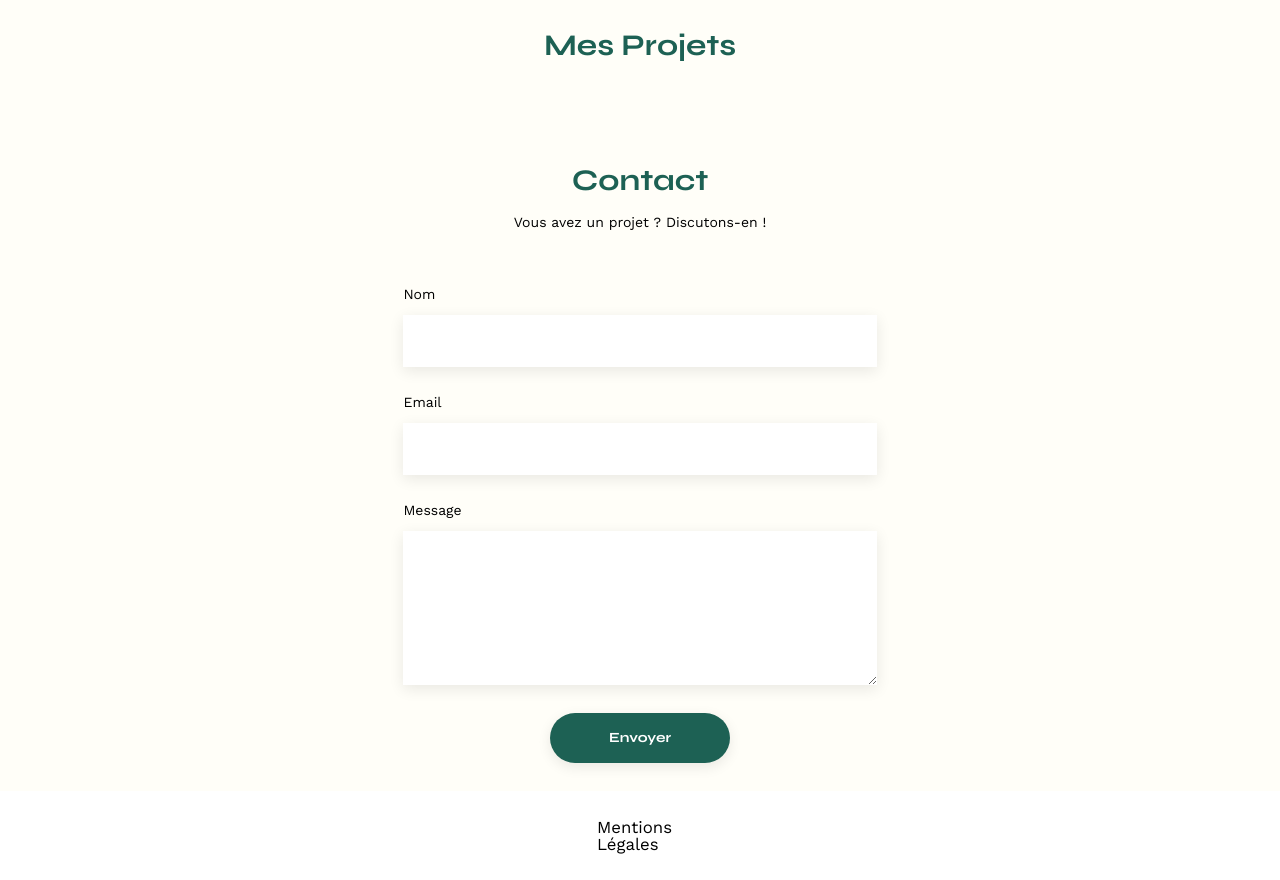
Repository: moopits/p6
Page: FrontEnd/index.html
An editor plug-in stored every save of this project. The page is shown before and after the next save, followed by the edit.
The browser window is 1280 px wide. The pictures show the part of the page from y = 486 to 1366 px (the page is 1366 px tall).
A picture or video elsewhere on the page could not be fetched, so the positions and the page height are approximate. The page's requests for data from a server got no answer.

Above is the page before, as saved 2024-02-16 04:22:26.

### FrontEnd/index.html
<!DOCTYPE html>

<html lang="fr">

<head>
	<meta charset="UTF-8">
	<title>Sophie Bluel - Architecte d'intérieur - Index</title>
	<meta name="viewport" content="width=device-width, initial-scale=1.0">
	<link rel="preconnect" href="https://fonts.googleapis.com">
	<link rel="preconnect" href="https://fonts.gstatic.com" crossorigin>
	<link href="https://fonts.googleapis.com/css2?family=Syne:wght@700;800&family=Work+Sans&display=swap"
		rel="stylesheet">
	<link rel="icon" type="image/png" href="./assets/icons/instagram.png">
	<link rel="stylesheet" href="https://cdnjs.cloudflare.com/ajax/libs/font-awesome/6.5.1/css/all.min.css"
		integrity="sha512-DTOQO9RWCH3ppGqcWaEA1BIZOC6xxalwEsw9c2QQeAIftl+Vegovlnee1c9QX4TctnWMn13TZye+giMm8e2LwA=="
		crossorigin="anonymous" referrerpolicy="no-referrer">
	<meta name="description" content="">
	<link rel="stylesheet" href="./assets/style.css">
</head>

<body>
	<div id="index_html_bkg">
		<div class="setBlackAdmin showOn">
			<span class="fontSize16"><i class="fa-regular fa-pen-to-square"></i>Mode édition</span>
		</div>
		<div id='index_html_bkg_site'>

			<header class="setHeader">
				<div class="setTitleNav">
					<h1>Sophie Bluel <span>Architecte d'intérieur</span></h1>
					<nav>
						<ul>
							<li><a href="#portfolio">projets</a></li>
							<li><a href="#contact">contact</a></li>
							<li><a id="loginA" class="clic_l_logOut" href="./html/loginAdmin.html"
									target="_self">login</a></li>
							<li><img id="iconSize" src="./assets/icons/instagram.png" alt="Instagram"></li>
						</ul>
					</nav>
				</div>
			</header>
			<main id="mainCenter">
				<!--SECTION introduction/presentation-->
				<section id="introduction">
					<figure>
						<img src="./assets/images/sophie-bluel.png" alt="">
					</figure>
					<article>
						<h2>Designer d'espace</h2>
						<p>Je raconte votre histoire, je valorise vos idées. Je vous accompagne de la conception à la
							livraison
							finale du chantier.</p>
						<p>Chaque projet sera étudié en commun, de façon à mettre en valeur les volumes, les matières et
							les
							couleurs dans le respect de l’esprit des lieux et le choix adapté des matériaux. Le suivi du
							chantier sera assuré dans le souci du détail, le respect du planning et du budget.</p>
						<p>En cas de besoin, une équipe pluridisciplinaire peut-être constituée : architecte DPLG,
							décorateur(trice)</p>
					</article>
				</section>
				<!--SECTION affichage button & gallery-->
				<section id="portfolio">
					<div class="containerProjets">
						<h2>Mes Projets</h2>
						<span class="showOn">
							<i class="fa-regular fa-pen-to-square"></i>
							<button id="clic_b_modifier" class="decoButton fontSize14">modifier</button>
						</span>
					</div>
					<!--affichage button-->
					<div class="containerButtons">
					</div>
					<!--affichage gallery-->
					<div class="gallery showFigCaption">
					</div>
				</section>
				<!--SECTION FORMULAIRE CONTACT-->
				<section id="contact">
					<h2>Contact</h2>
					<p>Vous avez un projet ? Discutons-en !</p>
					<form action="#" method="">
						<label for="name">Nom</label>
						<input type="text" name="name" id="name" autocomplete="off">
						<label for="email">Email</label>
						<input type="email" name="email" id="email" autocomplete="off">
						<label for="message">Message</label>
						<textarea name="message" id="message" cols="30" rows="10"></textarea>
						<input type="submit" value="Envoyer">
					</form>
				</section>
				<!--FENETRE MODAL-->
				<dialog id="modal" class="modal">
					<div class="modal-main">
						<button id="modal-btn-arrow"><i class="fa-solid fa-arrow-left styleArw"></i></button>
						<!-- display NONE-->
						<button id="modal-btn-close"><i class="fa-solid fa-xmark sizeCls "></i></button>
						<h2>Galerie photo</h2> <!-- DOM modif-->
						<section id="modal-body">
							<div id="modal-section-div-1" class="gallery">
							</div>
							<div id="modal-section-div-2">
								<form id="sendWorkForm" class="style-form">
									<div class="modal-style-2">
										<i id="icon-img" class="fa-regular fa-image icon-img-size"></i>
										<label id="label-input-file" class="styleFontShape2" for="file-upload">+ Ajouter
											photo</label>
										<input id="file-upload" type="file">
										<img id="preview" alt="file uploaded">
										<span class="textSpanBtnGrey">jpg, png : 4mo max</span>
									</div>
									<label for="title">Titre</label>
									<input type="text" id="title" placeholder="Titre">
									<label for="select-option">Catégories</label>
									<select id="select-option">
									</select>
									<hr>
									<input id="modal-btn-valider" class="styleFontShape" type="submit" value="Valider">
								</form>
							</div>
							<!-- fin de formulaire modal 2-->
							<div id="display-btn-hr" class="display-btn-hr">
								<hr>
								<button id="modal-btn-ajouter" class="styleFontShape">Ajouter une photo</button>
							</div>
						</section>
					</div>
				</dialog>
				<!--FENETRE MODAL DELETE OUI/NON CONFIRME-->
				<dialog id="modalDialogBkgGrey">
					<div id="modalDialogBkgGrey_realModal">
						<h1 id="styleH1Dialog">Confirmer Suppression</h1>
						<div class="styleDivDialog">
							<button id="oui" class="styleButtDialog">oui</button>
							<button id="non" class="styleButtDialog non">non</button>
						</div>
					</div>
				</dialog>

				<!--<section id="modal2-form" class="modal2-form-display">
					<form id="sendWorkForm" action="http://localhost:5678/api/categories" method="post">
						<label for="name">Titre</label>
						<input type="text" name="nom" placeholder="Nnom du fichier">
						<select name="choix">
							<option value="1">choix 1</option>
							<option value="2">Choix 2</option>
							<option value="3">Choix 3</option>
						</select>
						<input type="submit" value="Valider">
					</form>
				</section>-->

			</main>
		</div>
	</div>

	<footer id="footerCenter">
		<nav class="footer-nav">
			<ul>
				<li>Mentions Légales</li>
			</ul>
		</nav>
	</footer>
	<script type="module" src="./js/index.js"></script>

</body>

</html>

### FrontEnd/assets/style.css
/* http://meyerweb.com/eric/tools/css/reset/
   v2.0 | 20110126
   License: none (public domain)
*/

html,
body,
div,
span,
applet,
object,
iframe,
h1,
h2,
h3,
h4,
h5,
h6,
p,
blockquote,
pre,
a,
abbr,
acronym,
address,
big,
cite,
code,
del,
dfn,
em,
img,
ins,
kbd,
q,
s,
samp,
small,
strike,
strong,
sub,
sup,
tt,
var,
b,
u,
i,
center,
dl,
dt,
dd,
ol,
ul,
li,
fieldset,
form,
label,
legend,
table,
caption,
tbody,
tfoot,
thead,
tr,
th,
td,
article,
aside,
canvas,
details,
embed,
figure,
figcaption,
footer,
header,
hgroup,
menu,
nav,
output,
ruby,
section,
summary,
time,
mark,
audio,
video {
	margin: 0;
	padding: 0;
	border: 0;
	font-size: 100%;
	font: inherit;
	vertical-align: baseline;
}

/* HTML5 display-role reset for older browsers */
article,
aside,
details,
figcaption,
figure,
footer,
header,
hgroup,
menu,
nav,
section {
	display: block;
}

body {
	line-height: 1;

}

ol,
ul {
	list-style: none;
}

blockquote,
q {
	quotes: none;
}

blockquote:before,
blockquote:after,
q:before,
q:after {
	content: '';
	content: none;
}

table {
	border-collapse: collapse;
	border-spacing: 0;
}

/** end reset css**/
body {
	/*max-width: 1140px;
	margin: auto;*/

	font-family: 'Work Sans';
	font-size: 14px;
	background-color: #FFFEF8;
}

header {
	display: flex;
	justify-content: space-between;
	padding: 50px 0;
}

section {
	margin: 50px 0
}

h1 {
	display: flex;
	flex-direction: column;
	font-family: 'Syne';
	font-size: 22px;
	font-weight: 800;
	color: #B1663C
}

h1>span {
	font-family: 'Work Sans';
	font-size: 10px;
	letter-spacing: 0.1em;
	;
}

h2 {
	font-family: 'Syne';
	font-weight: 700;
	font-size: 30px;
	color: #1D6154
}

nav ul {
	display: flex;
	align-items: center;
	list-style-type: none;

}

nav li {
	padding: 0 10px;
	font-size: 1.2em;
}

li:hover {
	color: #B1663C;
}

#introduction {
	display: flex;
	align-items: center;
}

#introduction figure {
	flex: 1
}

#introduction img {
	display: block;
	margin-right: auto;
	width: 80%;
}

#introduction article {
	flex: 1
}

#introduction h2 {
	margin-bottom: 1em;
}

#introduction p {
	margin-bottom: 0.5em;
}

#portfolio h2 {
	text-align: center;
	/*margin-bottom: 1em;*/
}

.gallery {
	width: 100%;
	display: grid;
	grid-template-columns: 1fr 1fr 1fr;
	grid-column-gap: 20px;
	grid-row-gap: 20px;
	/*background-color: #913636;*/
}

.gallery img {
	width: 100%;
	height: 100%;
	object-fit: cover;
}

.show-on-off {
	display: none;
	width: 100%;
	height: 100%;
	display: flex;
	flex-direction: column;
	justify-content: flex-start;
	/*background-color: #8b0505;*/
}



#contact {
	width: 50%;
	margin: auto;
}

#contact>* {
	text-align: center;

}

#contact h2 {
	margin-bottom: 20px;
}

#contact form {
	text-align: left;
	margin-top: 30px;
	display: flex;
	flex-direction: column;
}

#contact input {
	height: 50px;
	/*font-size: 1.2em;*/
	border: none;
	box-shadow: 0px 4px 14px rgba(0, 0, 0, 0.09);
}

#contact label {
	margin: 2em 0 1em 0;
}

#contact textarea {
	border: none;
	box-shadow: 0px 4px 14px rgba(0, 0, 0, 0.09);
}

input[type="submit"] {
	font-family: 'Syne';
	font-weight: 700;
	font-size: 14px;
	line-height: 17px;
	letter-spacing: 0em;
	color: white;
	background-color: #1D6154;
	margin: 2em auto;
	width: 180px;
	text-align: center;
	border-radius: 60px;
}

footer nav ul {
	background-color: #ffffff;
	display: flex;
	justify-content: flex-end;
	padding: 2em;
}

/* NEW */
#portfolio .containerButtons {
	width: 100%;
	height: auto;
	margin-left: auto;
	margin-right: auto;
	margin-bottom: 25px;
	/*border: 1px solid red;*/
	/* pour visualisation */
	display: flex;
	justify-content: center;
	align-items: center;
	flex-wrap: wrap;
}

.containerButtons .styleFont {
	/*font-family: 'Syne';
	font-weight: 700;
	font-size: 1.2em;*/
	color: #1D6154;
	font-family: Syne;
	font-size: 16px;
	font-weight: 700;
	line-height: 19px;
	letter-spacing: 0em;
}

.containerButtons .styleShape {
	background-color: #ffffff;
	border: 1px solid #1D6154;
	width: auto;
	padding-left: 1em;
	padding-right: 1em;
	padding-bottom: 0.4em;
	padding-top: 0.4em;
	margin-left: 10px;
	margin-right: 10px;
	margin-bottom: 10px;
	text-align: center;
	border-radius: 60px;
}

.styleShape:hover {
	background-color: #1D6154;
	color: white;
	cursor: pointer;
}

/* FILTER color button ON-OFF */
.containerButtons .filter-active {
	background-color: #1D6154;
	color: white;
}

.containerButtons .filter-no-active {
	background-color: #1D6154;
	color: white;
}

.info-window {
	position: absolute;
	top: 50%;
	left: 50%;
	transform: translate(-50%, -50%);
	background-color: #ffffff;
	padding: 10px;
	border-radius: 5px;
}

.info-window>span {
	font-size: 16px;
	font-weight: bold;
	color: green;
}

header nav a {
	/*text-decoration: none;*/
	all: unset;
	cursor: pointer;
}

/* body {
	box-sizing: border-box;
	padding: 0px;
	margin: 0px;
	display: flex;
	justify-content: center;
	align-items: center;
  }*/

#index_html_bkg {
	background-color: #FFFEF8;
	width: 100%;
	height: min-content;
	/*border:  2px solid red;*/
	/*box-sizing: border-box;
	padding: 0px;
	margin: 0px;*/
}

#index_html_bkg_site {
	background-color: #FFFEF8;
	max-width: 1140px;
	margin: auto;
	height: min-content;
	/*box-sizing: border-box;
	padding: 0px;
	margin: 0px;*/
}

#loginAdmin_html {
	background: #FFFEF8;
	width: 100%;
	height: min-content;
}

#bkg_header {
	background-color: #ffffff;
}

#mainCenter {
	width: 83%;
	margin: auto;
}

#footerCenter {
	width: 100%;
	margin: auto;
	background-color: white;
    display: flex;
	justify-content: center;
	align-items: center;

}

.footer-nav {
	width: 140px;
    display: flex;
    justify-content:flex-end;
    align-items: center;
}

#containerDiv_a {
	padding-bottom: 400px;
}

#color {
	color: black;
}

#underline {
	display: block;
	text-align: inherit;
}

input[type="submit"] {
	cursor: pointer;
}

#logInForm {
	width: 50%;
	margin: auto;
}

#weigthFont {
	font-weight: 600;
}

#iconSize {
	width: 22px;
	height: 22px;
}

.fontSize16 {
	font-family: Work Sans;
	font-size: 16px;
	font-weight: 400;
	color: #ffffff;
}

.fontSize14 {
	font-family: Work Sans;
	font-size: 14px;
	font-weight: 400;
	color: #000000;
}

.containerProjets {
	width: 100%;
	height: 100%;
	display: flex;
	justify-content: center;
	align-items: center;
	margin-bottom: 30px;
}

.fa-regular {
	margin-left: 25px;
	margin-right: 7px;
	font-size: 15px;
}

.displayButtonLogOut {
	display: none;
}

.setBlackAdmin {
	width: 100%;
	height: 50px;
	display: flex;
	justify-content: center;
	align-items: center;
	background-color: black;
}

.setHeader {
	display: flex;
	flex-direction: column;
}

.setTitleNav {
	display: flex;
	justify-content: space-between;
}

.showOn {
	display: none;
}

.decoButton {
	border: none;
	background-color: transparent;
	cursor: pointer;
}

/** Modal **/
.modal {
	left: 0;
	top: 0;
	width: 100%;
	height: 100%;
	position: fixed;
	overflow: auto;
	z-index: 1;
	background-color: rgba(0, 0, 0, 0.3);
	display: none;
}

.modal-main {
	border-radius: 5px;
	width: 630px;
	display: flex;
	flex-direction: column;
	align-items: center;
	justify-content: space-between;
	padding-bottom: 35px;
	margin-top: 100px;
	margin-bottom: 100px;
	margin-left: auto;
	margin-right: auto;
	position: relative;
	background-color: white;
}

#modal-btn-close {
	/* button close */
	position: absolute;
	top: 20px;
	right: 20px;
	border: none;
	background-color: transparent;
	cursor: pointer;
	height: auto;
	width: auto;
	padding: 0px;
	/*background-color: transparent;*/
	/*color: black;*/
	/*display: flex;
	align-items: center;
	justify-content: center;*/
	/*font-weight: 600;
	font-size: large;*/
}

.modal-main h2 {
	font-family: 'Work Sans';
	font-weight: 400;
	font-size: 26px;
	line-height: 30px;
	color: black;
	margin-top: 60px;
}

.modal .gallery {
	margin-top: 0px;
	margin-left: auto;
	margin-right: auto;
	padding-bottom: 0px;
	margin-bottom: 0px;
	display: grid;
	grid-template-columns: 80px 80px 80px 80px 80px;
	grid-column-gap: 10px;
	grid-row-gap: 20px;
	width: auto;
	/*border-bottom: 1px solid rgb(0, 0, 0);*/
}

/* position icon TRASH-CAN fentre modal */
.div-absolute {
	position: absolute;
	z-index: 20;
	top: 5px;
	right: 5px;
	width: 17px;
	height: 17px;
	border-radius: 2px;
	border: 0px;
	background-color: #000000;
	display: flex;
	justify-content: center;
	align-items: center;
}

.setRelative {
	position: relative;
}

.fa-solid {
	color: #ffffff;
	font-size: 11px;
}

.center {
	display: flex;
	justify-content: center;
	align-items: center;
}

/* style button modal */
.styleFontShape {
	font-family: 'Syne';
	font-size: 14px;
	font-weight: 700;
	line-height: 17px;
	letter-spacing: 0em;
	color: #1D6154;
	background-color: #ffffff;
	border: 1px solid #1D6154;
	width: auto;
	padding-left: 1em;
	padding-right: 1em;
	padding-bottom: 0.4em;
	padding-top: 0.4em;
	margin-top: 20px;
	margin-left: 10px;
	margin-right: 10px;
	margin-bottom: 10px;
	text-align: center;
	border-radius: 60px;
}

.styleFontShape:hover {
	background-color: #1D6154;
	color: white;
	cursor: pointer;
}

.styleFontShape2 {
	color: #306685;
	background-color: #A7A7A7;
	border: 1px solid #A7A7A7;
	font-family: 'Work Sans';
	font-weight: 500;
	font-size: 14px;
	line-height: 16px;
	letter-spacing: 0em;
	width: auto;
	padding-left: 1em;
	padding-right: 1em;
	padding-bottom: 0.4em;
	padding-top: 0.4em;
	margin-top: 10px;
	margin-left: 10px;
	margin-right: 10px;
	margin-bottom: 10px;
	text-align: center;
	border-radius: 60px;
}

.styleFontShape2:hover {
	background-color: #A7A7A7;
	color: #ffffff;
	cursor: pointer;
}

.styleFontShape3 {
	color: #ffffff;
	background-color: #A7A7A7;
	border: 1px solid #A7A7A7;
	font-family: 'Syne';
	font-weight: 700;
	font-size: 14px;
	line-height: 16px;
	letter-spacing: 0em;
	width: auto;
	padding-left: 70px;
	padding-right: 70px;
	padding-bottom: 0.4em;
	padding-top: 0.4em;
	margin-top: 10px;
	margin-left: 10px;
	margin-right: 10px;
	margin-bottom: 10px;
	text-align: center;
	border-radius: 60px;
}

.styleFontShape3:hover {
	background-color: #A7A7A7;
	color: #ffffff;
}

/************* modal oui/non *************/


.modal-header {
	padding: 10px;
}

.modal-body {
	padding: 10px;
}

.modal-footer {
	padding: 10px;
	text-align: right;
}

.btn {
	padding: 10px 20px;
	border-radius: 5px;
}

.btn-primary {
	background-color: #007bff;
	color: #fff;
}

.btn-secondary {
	background-color: #999;
	color: #fff;
}

/************ fin modal oui/non ***********/
#modalDialogBkgGrey {
	/* shape container dialog */
	left: 0;
	top: 0;
	width: 100%;
	height: 100%;
	margin: 0px;
	padding: 0px;
	position: fixed;
	overflow: auto;
	z-index: 10;
	background-color: rgba(0, 0, 0, 0.3);
}

#modalDialogBkgGrey_realModal {
	box-sizing: border-box;
	width: 140px;
	height: 100px;
	margin-left: auto;
	margin-right: auto;
	margin-top: 100px;
	border-radius: 5px;
	background-color: rgba(255, 255, 255, 1);
	border: 1px solid #1D6154;
	z-index: 100;
	display: flex;
	flex-direction: column;
	justify-content: center;
	align-items: center;


	/*box-shadow: #000000;*/
}

#styleH1Dialog {
	text-align: center;
	margin-top: 10px;
	margin-bottom: 10px;
	font-family: Work Sans;
	font-size: 14px;
	font-weight: 800;
	color: #8b0505;
}

.styleDivDialog {
	/* container button OUI/NON */
	width: 100%;
	height: 100%;
	display: flex;
	justify-content: space-evenly;
	align-items: center;
}

.styleButtDialog {
	font-family: 'Syne';
	font-weight: 400;
	font-size: 10px;
	color: #1D6154;
	background-color: #ffffff;
	border: 1px solid #1D6154;
	width: auto;
	padding-left: 1em;
	padding-right: 1em;
	padding-bottom: 0.4em;
	padding-top: 0.4em;
	/*margin-left: 10px;
		margin-right: 10px;
		margin-bottom: 10px;
		margin-top: 10px;*/
	text-align: center;
	border-radius: 60px;
}

.styleButtDialog:hover {
	background-color: #1D6154;
	color: white;
	cursor: pointer;
}

#modal-btn-arrow {
	/* button arrow */
	position: absolute;
	top: 20px;
	left: 20px;
	border: none;
	background-color: transparent;
	cursor: pointer;
	height: auto;
	width: auto;
	display: none;
	/* inline-block; -> modal 2 */
	padding: 0px;
	/*background-color: transparent;*/
	/*color: black;*/
	/*display: flex;
	align-items: center;
	justify-content: center;*/
	/*font-weight: 600;
	font-size: 30px;*/
}

.sizeCls {
	font-size: 17px;
	margin-top: 0px;
}

.styleArw {
	font-size: 20px;
}

.modal-main #modal-btn-arrow i,
.modal-main #modal-btn-close i {
	color: #000000;
}

.modal-main .modal-style {
	/* style modal 2 */
	width: 100%;
	height: 169px;
	margin: 0px 0px 5px;
	background-color: #E8F1F6;
	/* a enlever */
	border-radius: 3px;
	display: flex;
	justify-content: center;
	align-items: center;
	/*margin-top: 50px;
	margin-left: auto;
	margin-right: auto;
	padding-bottom: 50px;
	margin-bottom: 30px;*/
	/*border-bottom: 1px solid rgba(179, 179, 179, 1);*/
}

.modal-main .modal-style-2 {
	/* style modal 2 */
	width: 100%;
	height: fit-content;
	background-color: #E8F1F6;
	/* a enlever */
	display: flex;
	flex-direction: column;
	justify-content: center;
	align-items: center;
	/*margin-top: 50px;
	margin-left: auto;
	margin-right: auto;
	padding-bottom: 50px;
	margin-bottom: 30px;*/
	/*border-bottom: 1px solid rgba(179, 179, 179, 1);*/
}

.modal-main .modal-style .modal-style-2 i {
	color: #B9C5CC;
}

.icon-img-size {
	font-size: 67px;
	padding: 0px;
	margin: 0px;
	color: #B9C5CC;
}

.modal-1-display {
	display: inline-block;
}

.modal-2-display {
	display: none;
}

#modal-body {
	width: 440px;
	display: flex;
	flex-direction: column;
	justify-content: center;
	align-items: center;
}

#modal-section-div-2 {
	width: 100%;
	height: fit-content;
	margin-top: 0px;
	display: flex;
	flex-direction: column;
	justify-content: center;
	align-items: center;
	/*background-color: #B1663C;*/
}

#modal-section-div-2 hr {
	width: 100%;
	border: none;
	border-top: 1px solid #000;
	/* Couleur de la ligne (noir dans cet exemple) */
	margin: 20px 0 20px;
}

.btn-color-grey-modal-2 {
	font-family: 'Work Sans';
	font-weight: 500;
	font-size: 14px;
	line-height: 16px;
	letter-spacing: 0em;
	text-align: center;
	color: #306685;
	background-color: #CBD6DC;
	border-color: #CBD6DC;
}

.btn-color-grey-modal-2:hover {
	color: #306685;
	background-color: #CBD6DC;
	border-color: #CBD6DC;
}

.textSpanBtnGrey {
	font-family: Work Sans;
	font-weight: 400;
	font-size: 10px;
	line-height: 12px;
	letter-spacing: 0em;
	text-align: center;
	color: #444444;
	margin-top: 0px;
	margin-bottom: 0px;
	padding-bottom: 10px;
}

.style-form {
	width: 100%;
	height: 100%;
	text-align: left;
	margin-top: 30px;
	margin-left: auto;
	margin-right: auto;
	display: flex;
	flex-direction: column;
	/*justify-content: center;
	align-items: center;*/
}

.style-form input,
.style-form select {
	/*height: 1.2rem;*/
	/*font-size: 1.2em;*/
	border: none;
	box-shadow: 0px 4px 14px rgba(0, 0, 0, 0.09);
	font-family: Work Sans;
	font-size: 14px;
	font-weight: 400;
	line-height: 16px;
	letter-spacing: 0em;
	height: 52px;
}

.style-form select {
	margin-bottom: 20px;
}


.style-form label {
	margin: 2em 0 1em 0;
	font-family: Work Sans;
	font-size: 14px;
	font-weight: 500;
	line-height: 16px;
	letter-spacing: 0em;
}

.display-btn-hr {
	width: 100%;
	height: 100%;
	text-align: center;
}

.select-option-form {
	text-align: left;
	margin-top: 30px;
	display: flex;
	flex-direction: column;
}

input[type="file"] {
	display: none;
}

.modal-style-2 img {
	display: none;
	height: 169px;
	width: 200px;
	object-fit: cover;
}

.footer-nav {
}

### FrontEnd/js/components/domLinker.js

// get div element where figure element will be as child, with class='gallery'
export const gallery = document.querySelector('.gallery')
console.log(gallery)
// get div element where button element will be as child, with class='containerButtons'
export const filterContainer = document.querySelector(".containerButtons")
console.log(filterContainer)


export const loginA = document.getElementById('loginA')

/*** LOGIN ***/
export const email = document.querySelector('#email')
export const password = document.querySelector('#password')
export const formLogIn = document.querySelector('#mainCenter #logInForm')

/*** MODAL ***/
export const modal = document.getElementById('modal')
export const modalBody = document.getElementById('modal-body')
export const modalBtnClose = document.getElementById('modal-btn-close')
// bouton AJOUTER modal 2
export const modalBtnAjouter = document.getElementById('modal-btn-ajouter')
// fleche retour modal 1
export const modalBtnArrow = document.getElementById('modal-btn-arrow')
export const galleryModal = document.querySelector('.modal .gallery')
export const modalSection2 = document.getElementById('modal-section-div-2')
export const containerBtnAdd = document.getElementById('display-btn-hr')
// select category
export const selectCategory = document.getElementById('select-option')
// input type file
export const inputFile = document.getElementById('file-upload')
export const iconImg = document.getElementById('icon-img')
export const labelInputFile = document.getElementById('label-input-file')
export const textSpanBtnGrey = document.querySelector('.textSpanBtnGrey')
export const preview = document.getElementById('preview')
export const titleInput = document.getElementById('title')
export const btnValidateAddPhoto = document.getElementById('modal-btn-valider')
export const formAddPhoto = document.getElementById('sendWorkForm')

Loaded but not shown: FrontEnd/js/index.js (249 lines, source omitted); FrontEnd/js/components/modal.js (128 lines, source omitted); FrontEnd/js/components/api.js (88 lines, source omitted)

After the next save:
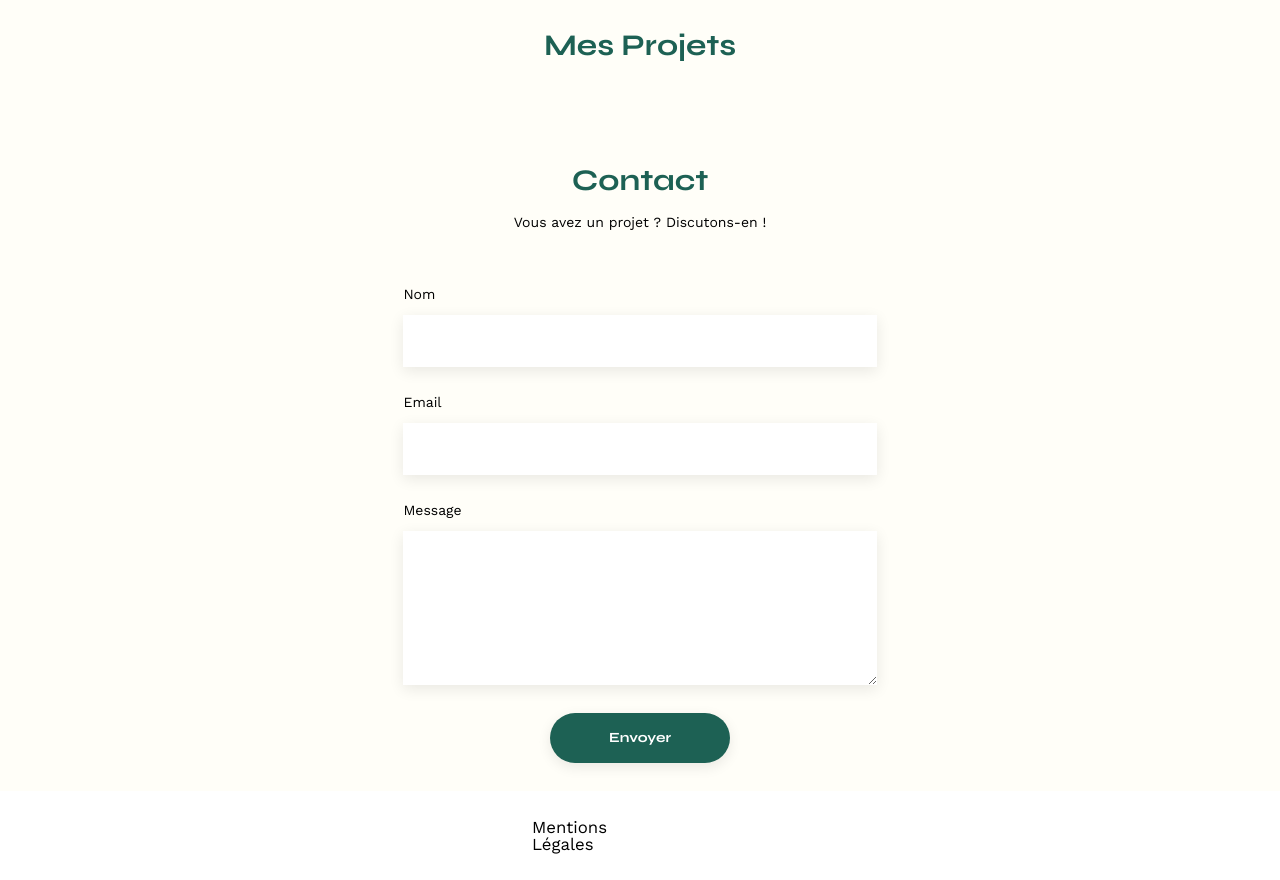
Saved 4 s later.
--- a/FrontEnd/assets/style.css
+++ b/FrontEnd/assets/style.css
@@ -447,7 +447,7 @@ header nav a {
 }
 
 .footer-nav {
-	width: 140px;
+	width: 10px;
     display: flex;
     justify-content:flex-end;
     align-items: center;
